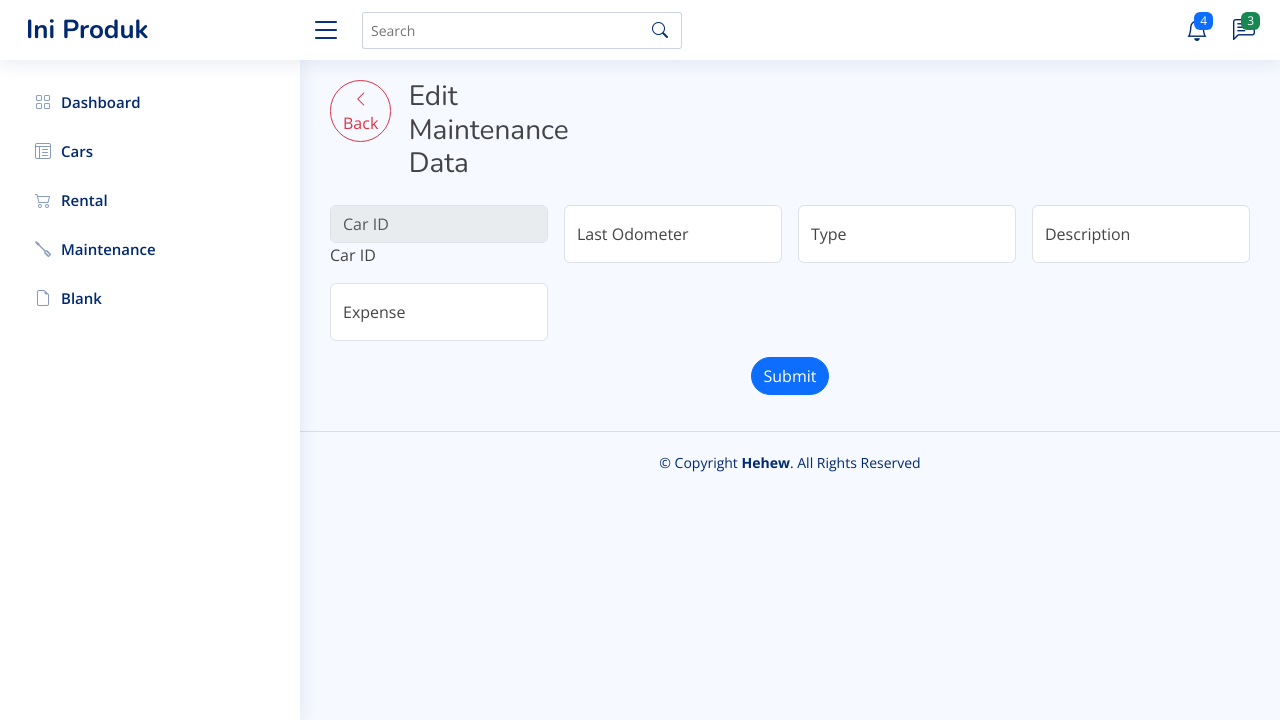
Repository: Jistoper/car_rental
Page: resources/views/backsite/content/maintenance/editmtn.blade.php
An editor plug-in stored every save of this project. The page is shown before and after the next save, followed by the edit.
The browser window is 1280 px wide. The pictures show the whole page.
The page is served by the project's Laravel application, run on PHP 8.4 with Laravel 9. Other server files are loaded and not shown. The template is opened directly, without the code that normally fills it, so the values that code supplies are empty.

Above is the page before, as saved 2023-06-25 18:09:34.

### routes/web.php
<?php

use Illuminate\Support\Facades\Route;
use App\Http\Controllers\carcontroller;

/*
|--------------------------------------------------------------------------
| Web Routes
|--------------------------------------------------------------------------
|
| Here is where you can register web routes for your application. These
| routes are loaded by the RouteServiceProvider within a group which
| contains the "web" middleware group. Now create something great!
|
*/

Route::get('/dashboard', function () {
    return view('backsite.dashboard');
})->name('dashboard');

Route::controller(CarController::class)->as('car.')->group(function(){
    Route::get('/car', 'getall')->name('getall'); // car index
    Route::get('/create', 'create')->name('create'); // car create (view form)
    Route::post('/create', 'storeCar')->name('store'); // car store (store data to database)
    Route::get('/edit', 'editView')->name('edit'); // car edit (view form)
    Route::post('/edit', 'storeEdit')->name('storeEdit'); // car store edit (store changes to database)
    Route::delete('/car_delete_', 'delete')->name('delete'); // car delete (delete car data)

    Route::get('/rent', 'getListCar')->name('getListCar'); // rental index
    Route::get('/rent_car', 'rentView')->name('rentView'); // rent create (view form)
    Route::post('/car/rent/{$car_id}', 'storeRent')->name('storeRent'); // rent store create (store data to database)

    Route::get('/maintenance', 'getListMtn')->name('getListMtn'); // maintenance index
    Route::get('/maintenance_add', 'mtnView')->name('mtnView'); // maintenance create (view form)
    Route::get('/maintenance_add', 'mtnEditView')->name('mtnEdit'); // maintenance edit (view form)
    // Route::get('/rent', 'getList')->name('getList');
});

### resources/views/backsite/content/maintenance/editmtn.blade.php
@extends('backsite.dashboard')

@section('content')

<div>
  <div class="pagetitle row mb-3">
    <div class="col-md-1">
      <a type="button" href="{{ route('car.getListMtn') }}" class="btn btn-outline-danger rounded-pill bi-chevron-left"> Back</a>
    </div>
    <h3 class="col-md-3">Edit Maintenance Data</h3>
  </div>
    <form action="{{ route('car.getListMtn') }}" method="POST" class="row g-3">
        @csrf
        <input type="hidden" name="maintenance_id" id="maintenance_id" value="{{ $data['maintenance_id'] }}">
        <div class="col-md-3">
            <div class="form">
                <input type="text" name="car_id" id="car_id" class="form-control" value="{{ $data['car_id'] }}" placeholder="Car ID" disabled>
                <label for="car_id">Car ID</label>
            </div>
        </div>
        <div class="col-md-3">
            <div class="form-floating">
                <input type="text" name="last_odometer" id="last_odometer" class="form-control @error('last_odometer') border-red-500 @enderror" value="{{ $data['last_odometer'] }}" placeholder="Last Odometer">
                <label for="last_odometer">Last Odometer</label>
            </div>
        </div>
        <div class="col-md-3">
            <div class="form-floating">
                <input type="text" name="type" id="type" class="form-control @error('type') border-red-500 @enderror" value="{{ $data['type'] }}" placeholder="Type">
                <label for="type">Type</label>
            </div>
        </div>
        <div class="col-md-3">
            <div class="form-floating">
                <input type="text" name="description" id="description" class="form-control @error('description') border-red-500 @enderror" value="{{ $data['description'] }}" placeholder="Description">
                <label for="description">Description</label>
            </div>
        </div>
        <div class="col-md-3">
            <div class="form-floating">
                <input type="text" name="expense" id="expense" class="form-control @error('expense') border-red-500 @enderror" value="{{ $data['expense'] }}" placeholder="Expense">
                <label for="expense">Expense</label>
            </div>
        </div>
        <div class="text-center mb-3">
            <button class="btn btn-primary rounded-pill" onclick="getContent()" type="submit">
                <span>
                    Submit
                </span>
            </button>
        </div>
      </form><!-- End floating Labels Form -->
</div>

@endsection

### resources/views/backsite/partials/header.blade.php
<header id="header" class="header fixed-top d-flex align-items-center">
    <div class="d-flex align-items-center justify-content-between">
      <a href="{{ route('dashboard') }}" class="logo d-flex align-items-center">
        <img src="assets/img/logo.png" alt="">
        <span class="d-none d-lg-block">Ini Produk</span>
      </a>
      <i class="bi bi-list toggle-sidebar-btn"></i>
    </div><!-- End Logo -->

    <div class="search-bar">
      <form class="search-form d-flex align-items-center" method="POST" action="#">
        <input type="text" name="query" placeholder="Search" title="Enter search keyword">
        <button type="submit" title="Search"><i class="bi bi-search"></i></button>
      </form>
    </div><!-- End Search Bar -->

    <nav class="header-nav ms-auto">
      <ul class="d-flex align-items-center">

        <li class="nav-item d-block d-lg-none">
          <a class="nav-link nav-icon search-bar-toggle " href="#">
            <i class="bi bi-search"></i>
          </a>
        </li><!-- End Search Icon-->

        <li class="nav-item dropdown">

          <a class="nav-link nav-icon" href="#" data-bs-toggle="dropdown">
            <i class="bi bi-bell"></i>
            <span class="badge bg-primary badge-number">4</span>
          </a><!-- End Notification Icon -->

          <ul class="dropdown-menu dropdown-menu-end dropdown-menu-arrow notifications">
            <li class="dropdown-header">
              You have 4 new notifications
              <a href="#"><span class="badge rounded-pill bg-primary p-2 ms-2">View all</span></a>
            </li>
            <li>
              <hr class="dropdown-divider">
            </li>

            <li class="notification-item">
              <i class="bi bi-exclamation-circle text-warning"></i>
              <div>
                <h4>Lorem Ipsum</h4>
                <p>Quae dolorem earum veritatis oditseno</p>
                <p>30 min. ago</p>
              </div>
            </li>

            <li>
              <hr class="dropdown-divider">
            </li>

            <li class="notification-item">
              <i class="bi bi-x-circle text-danger"></i>
              <div>
                <h4>Atque rerum nesciunt</h4>
                <p>Quae dolorem earum veritatis oditseno</p>
                <p>1 hr. ago</p>
              </div>
            </li>

            <li>
              <hr class="dropdown-divider">
            </li>

            <li class="notification-item">
              <i class="bi bi-check-circle text-success"></i>
              <div>
                <h4>Sit rerum fuga</h4>
                <p>Quae dolorem earum veritatis oditseno</p>
                <p>2 hrs. ago</p>
              </div>
            </li>

            <li>
              <hr class="dropdown-divider">
            </li>

            <li class="notification-item">
              <i class="bi bi-info-circle text-primary"></i>
              <div>
                <h4>Dicta reprehenderit</h4>
                <p>Quae dolorem earum veritatis oditseno</p>
                <p>4 hrs. ago</p>
              </div>
            </li>

            <li>
              <hr class="dropdown-divider">
            </li>
            <li class="dropdown-footer">
              <a href="#">Show all notifications</a>
            </li>

          </ul><!-- End Notification Dropdown Items -->

        </li><!-- End Notification Nav -->

        <li class="nav-item dropdown">

          <a class="nav-link nav-icon" href="#" data-bs-toggle="dropdown">
            <i class="bi bi-chat-left-text"></i>
            <span class="badge bg-success badge-number">3</span>
          </a><!-- End Messages Icon -->

          <ul class="dropdown-menu dropdown-menu-end dropdown-menu-arrow messages">
            <li class="dropdown-header">
              You have 3 new messages
              <a href="#"><span class="badge rounded-pill bg-primary p-2 ms-2">View all</span></a>
            </li>
            <li>
              <hr class="dropdown-divider">
            </li>

            <li class="message-item">
              <a href="#">
                <img src="assets/img/messages-1.jpg" alt="" class="rounded-circle">
                <div>
                  <h4>Maria Hudson</h4>
                  <p>Velit asperiores et ducimus soluta repudiandae labore officia est ut...</p>
                  <p>4 hrs. ago</p>
                </div>
              </a>
            </li>
            <li>
              <hr class="dropdown-divider">
            </li>

            <li class="message-item">
              <a href="#">
                <img src="assets/img/messages-2.jpg" alt="" class="rounded-circle">
                <div>
                  <h4>Anna Nelson</h4>
                  <p>Velit asperiores et ducimus soluta repudiandae labore officia est ut...</p>
                  <p>6 hrs. ago</p>
                </div>
              </a>
            </li>
            <li>
              <hr class="dropdown-divider">
            </li>

            <li class="message-item">
              <a href="#">
                <img src="assets/img/messages-3.jpg" alt="" class="rounded-circle">
                <div>
                  <h4>David Muldon</h4>
                  <p>Velit asperiores et ducimus soluta repudiandae labore officia est ut...</p>
                  <p>8 hrs. ago</p>
                </div>
              </a>
            </li>
            <li>
              <hr class="dropdown-divider">
            </li>

            <li class="dropdown-footer">
              <a href="#">Show all messages</a>
            </li>

          </ul><!-- End Messages Dropdown Items -->

        </li><!-- End Messages Nav -->

        {{-- <li class="nav-item dropdown pe-3">

          <a class="nav-link nav-profile d-flex align-items-center pe-0" href="#" data-bs-toggle="dropdown">
            <img src="assets/img/profile-img.jpg" alt="Profile" class="rounded-circle">
            <span class="d-none d-md-block dropdown-toggle ps-2">K. Anderson</span>
          </a>

          <ul class="dropdown-menu dropdown-menu-end dropdown-menu-arrow profile">
            <li class="dropdown-header">
              <h6>Kevin Anderson</h6>
              <span>Web Designer</span>
            </li>
            <li>
              <hr class="dropdown-divider">
            </li>

            <li>
              <a class="dropdown-item d-flex align-items-center" href="users-profile.html">
                <i class="bi bi-person"></i>
                <span>My Profile</span>
              </a>
            </li>
            <li>
              <hr class="dropdown-divider">
            </li>

            <li>
              <a class="dropdown-item d-flex align-items-center" href="users-profile.html">
                <i class="bi bi-gear"></i>
                <span>Account Settings</span>
              </a>
            </li>
            <li>
              <hr class="dropdown-divider">
            </li>

            <li>
              <a class="dropdown-item d-flex align-items-center" href="pages-faq.html">
                <i class="bi bi-question-circle"></i>
                <span>Need Help?</span>
              </a>
            </li>
            <li>
              <hr class="dropdown-divider">
            </li>

            <li>
              <a class="dropdown-item d-flex align-items-center" href="#">
                <i class="bi bi-box-arrow-right"></i>
                <span>Sign Out</span>
              </a>
            </li>

          </ul><!-- End Profile Dropdown Items -->
        </li><!-- End Profile Nav --> --}}

      </ul>
    </nav><!-- End Icons Navigation -->
</header>

### resources/views/backsite/partials/sidebar.blade.php
<aside id="sidebar" class="sidebar">

    <ul class="sidebar-nav" id="sidebar-nav">

      <li class="nav-item">
        <a class="nav-link collapsed" href="{{ route('dashboard') }}">
          <i class="bi bi-grid"></i>
          <span>Dashboard</span>
        </a>
      </li><!-- End Dashboard Nav -->

      <li class="nav-item">
        <a class="nav-link collapsed" href="{{ route('car.getall') }}">
          <i class="bi bi-layout-text-window-reverse"></i><span>Cars</span>
        </a>
      </li>

      <li class="nav-item">
        <a class="nav-link collapsed" href="{{ route('car.getListCar') }}">
          <i class="bi bi-cart2"></i><span>Rental</span>
        </a>
      </li>

      <li class="nav-item">
        <a class="nav-link collapsed" href="{{ route('car.getListMtn') }}">
          <i class="bi bi-screwdriver"></i><span>Maintenance</span>
        </a>
      </li>

      {{-- <li class="nav-item">
        <a class="nav-link collapsed" data-bs-target="#forms-nav" data-bs-toggle="collapse" href="#">
          <i class="bi bi-journal-text"></i><span>Forms</span><i class="bi bi-chevron-down ms-auto"></i>
        </a>
        <ul id="forms-nav" class="nav-content collapse " data-bs-parent="#sidebar-nav">
          <li>
            <a href="forms-elements.html">
              <i class="bi bi-circle"></i><span>Form Elements</span>
            </a>
          </li>
          <li>
            <a href="forms-layouts.html">
              <i class="bi bi-circle"></i><span>Form Layouts</span>
            </a>
          </li>
          <li>
            <a href="forms-editors.html">
              <i class="bi bi-circle"></i><span>Form Editors</span>
            </a>
          </li>
          <li>
            <a href="forms-validation.html">
              <i class="bi bi-circle"></i><span>Form Validation</span>
            </a>
          </li>
        </ul>
      </li>

      <li class="nav-item">
        <a class="nav-link collapsed" data-bs-target="#icons-nav" data-bs-toggle="collapse" href="#">
          <i class="bi bi-gem"></i><span>Icons</span><i class="bi bi-chevron-down ms-auto"></i>
        </a>
        <ul id="icons-nav" class="nav-content collapse " data-bs-parent="#sidebar-nav">
          <li>
            <a href="icons-bootstrap.html">
              <i class="bi bi-circle"></i><span>Bootstrap Icons</span>
            </a>
          </li>
          <li>
            <a href="icons-remix.html">
              <i class="bi bi-circle"></i><span>Remix Icons</span>
            </a>
          </li>
          <li>
            <a href="icons-boxicons.html">
              <i class="bi bi-circle"></i><span>Boxicons</span>
            </a>
          </li>
        </ul>
      </li>

      <li class="nav-heading">Pages</li>

      <li class="nav-item">
        <a class="nav-link collapsed" href="users-profile.html">
          <i class="bi bi-person"></i>
          <span>Profile</span>
        </a>
      </li>

      <li class="nav-item">
        <a class="nav-link collapsed" href="pages-faq.html">
          <i class="bi bi-question-circle"></i>
          <span>F.A.Q</span>
        </a>
      </li>

      <li class="nav-item">
        <a class="nav-link collapsed" href="pages-contact.html">
          <i class="bi bi-envelope"></i>
          <span>Contact</span>
        </a>
      </li>

      <li class="nav-item">
        <a class="nav-link collapsed" href="pages-register.html">
          <i class="bi bi-card-list"></i>
          <span>Register</span>
        </a>
      </li>

      <li class="nav-item">
        <a class="nav-link collapsed" href="pages-login.html">
          <i class="bi bi-box-arrow-in-right"></i>
          <span>Login</span>
        </a>
      </li>

      <li class="nav-item">
        <a class="nav-link collapsed" href="pages-error-404.html">
          <i class="bi bi-dash-circle"></i>
          <span>Error 404</span>
        </a>
      </li> --}}

      <li class="nav-item">
        <a class="nav-link collapsed" href="pages-blank.html">
          <i class="bi bi-file-earmark"></i>
          <span>Blank</span>
        </a>
      </li>

    </ul>

  </aside><!-- End Sidebar-->

### public/assets/simple-datatables/style.css
.datatable-wrapper.no-header .datatable-container {
	border-top: 1px solid #d9d9d9;
}

.datatable-wrapper.no-footer .datatable-container {
	border-bottom: 1px solid #d9d9d9;
}

.datatable-top,
.datatable-bottom {
	padding: 8px 10px;
}

.datatable-top > nav:first-child,
.datatable-top > div:first-child,
.datatable-bottom > nav:first-child,
.datatable-bottom > div:first-child {
	float: left;
}

.datatable-top > nav:last-child,
.datatable-top > div:last-child,
.datatable-bottom > nav:last-child,
.datatable-bottom > div:last-child {
	float: right;
}

.datatable-selector {
	padding: 6px;
}

.datatable-input {
	padding: 6px 12px;
}

.datatable-info {
	margin: 7px 0;
}

/* PAGER */
.datatable-pagination ul {
	margin: 0;
	padding-left: 0;
}

.datatable-pagination li {
	list-style: none;
	float: left;
}

.datatable-pagination li.datatable-hidden {
    visibility: hidden;
}

.datatable-pagination a {
	border: 1px solid transparent;
	float: left;
	margin-left: 2px;
	padding: 6px 12px;
	position: relative;
	text-decoration: none;
	color: #333;
    cursor: pointer;
}

.datatable-pagination a:hover {
	background-color: #d9d9d9;
}

.datatable-pagination .datatable-active a,
.datatable-pagination .datatable-active a:focus,
.datatable-pagination .datatable-active a:hover {
	background-color: #d9d9d9;
	cursor: default;
}

.datatable-pagination .datatable-ellipsis a,
.datatable-pagination .datatable-disabled a,
.datatable-pagination .datatable-disabled a:focus,
.datatable-pagination .datatable-disabled a:hover {
    pointer-events: none;
    cursor: default;
}

.datatable-pagination .datatable-disabled a,
.datatable-pagination .datatable-disabled a:focus,
.datatable-pagination .datatable-disabled a:hover {
	cursor: not-allowed;
	opacity: 0.4;
}

.datatable-pagination .datatable-pagination a {
	font-weight: bold;
}

/* TABLE */
.datatable-table {
	max-width: 100%;
	width: 100%;
	border-spacing: 0;
	border-collapse: separate;
}

.datatable-table > tbody > tr > td,
.datatable-table > tbody > tr > th,
.datatable-table > tfoot > tr > td,
.datatable-table > tfoot > tr > th,
.datatable-table > thead > tr > td,
.datatable-table > thead > tr > th {
	vertical-align: top;
	padding: 8px 10px;
}

.datatable-table > thead > tr > th {
	vertical-align: bottom;
	text-align: left;
	border-bottom: 1px solid #d9d9d9;
}

.datatable-table > tfoot > tr > th {
	vertical-align: bottom;
	text-align: left;
	border-top: 1px solid #d9d9d9;
}

.datatable-table th {
	vertical-align: bottom;
	text-align: left;
}

.datatable-table th a {
	text-decoration: none;
	color: inherit;
}

.datatable-sorter, .datatable-filter {
	display: inline-block;
	height: 100%;
	position: relative;
	width: 100%;
}

.datatable-sorter::before,
.datatable-sorter::after {
	content: "";
	height: 0;
	width: 0;
	position: absolute;
	right: 4px;
	border-left: 4px solid transparent;
	border-right: 4px solid transparent;
	opacity: 0.2;
}


.datatable-sorter::before {
	border-top: 4px solid #000;
	bottom: 0px;
}

.datatable-sorter::after {
	border-bottom: 4px solid #000;
	border-top: 4px solid transparent;
	top: 0px;
}

.datatable-ascending .datatable-sorter::after,
.datatable-descending .datatable-sorter::before,
.datatable-ascending .datatable-filter::after,
.datatable-descending .datatable-filter::before {
	opacity: 0.6;
}

.datatable-filter::before {
    content: "";
    position: absolute;
    right: 4px;
    opacity: 0.2;
    width: 0;
    height: 0;
    border-left: 7px solid transparent;
    border-right: 7px solid transparent;
	border-radius: 50%;
    border-top: 10px solid #000;
    top: 25%;
}

.datatable-filter-active .datatable-filter::before {
    opacity: 0.6;
}

.datatable-empty {
	text-align: center;
}

.datatable-top::after, .datatable-bottom::after {
	clear: both;
	content: " ";
	display: table;
}

table.datatable-table:focus tr.datatable-cursor > td:first-child {
	border-left: 3px blue solid;
}

table.datatable-table:focus {
	outline: solid 1px black;
    outline-offset: -1px;
}

Loaded but not shown: public/assets/bootstrap/css/bootstrap.min.css (library); public/assets/bootstrap-icons/bootstrap-icons.css (library); public/assets/boxicons/css/boxicons.min.css (library); public/assets/apexcharts/apexcharts.min.js (library); public/assets/bootstrap/js/bootstrap.bundle.min.js (library); public/assets/chart.js/chart.umd.js (library); public/assets/echarts/echarts.min.js (library); public/assets/quill/quill.min.js (library); public/assets/simple-datatables/simple-datatables.js (library); public/assets/tinymce/tinymce.min.js (library); public/js/main.js (321 lines, source omitted); public/assets/php-email-form/validate.js (85 lines, source omitted); public/assets/remixicon/remixicon.css (2526 lines, source omitted); resources/views/backsite/dashboard.blade.php (740 lines, source omitted); public/assets/quill/quill.bubble.css (952 lines, source omitted); public/assets/quill/quill.snow.css (945 lines, source omitted); public/css/style.css (1233 lines, source omitted)

After the next save:
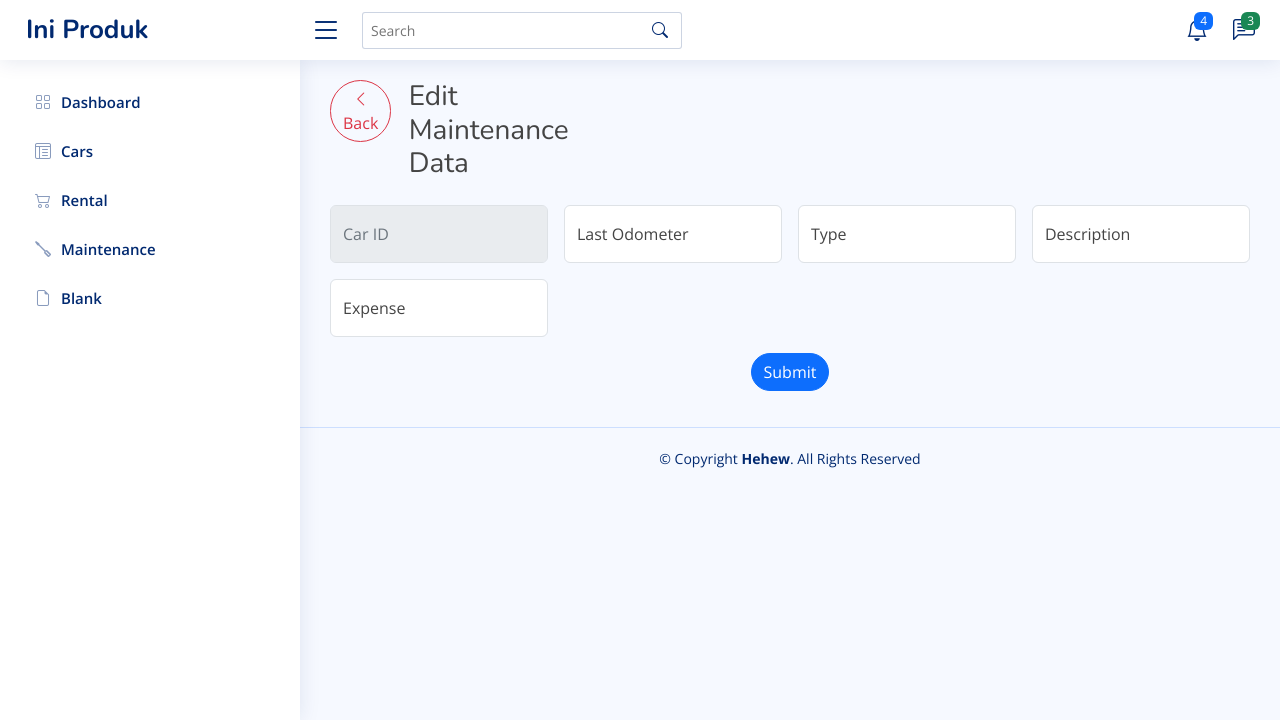
Saved 17 s later.
--- a/resources/views/backsite/content/maintenance/editmtn.blade.php
+++ b/resources/views/backsite/content/maintenance/editmtn.blade.php
@@ -13,7 +13,7 @@
         @csrf
         <input type="hidden" name="maintenance_id" id="maintenance_id" value="{{ $data['maintenance_id'] }}">
         <div class="col-md-3">
-            <div class="form">
+            <div class="form-floating">
                 <input type="text" name="car_id" id="car_id" class="form-control" value="{{ $data['car_id'] }}" placeholder="Car ID" disabled>
                 <label for="car_id">Car ID</label>
             </div>
